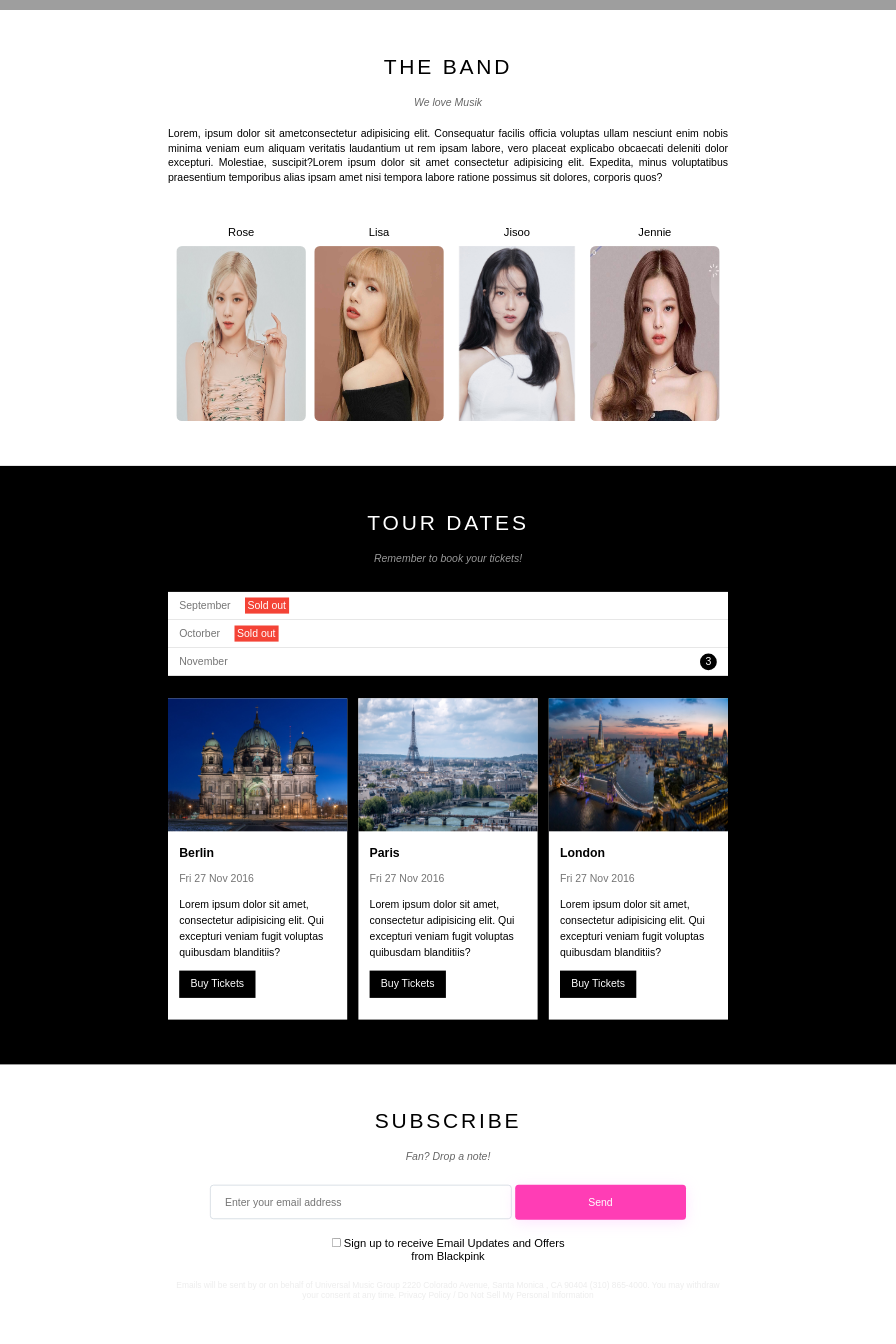
Repository: AiTrinh303/First-Project
Page: /
These files come from the project's save history. The page is drawn as it stood at one moment and after the next save; the edit follows.
The browser window is 1280 px wide. The pictures show the part of the page from y = 672 to 2592 px (the page is 2592 px tall), at 70% of full size.
Pictures or frames that could not be fetched are drawn as grey boxes. The project was rebuilt for these pictures with package versions that can differ from the ones it lists, and the page was loaded fresh each time.

Above is the page before, as saved 2024-01-23 10:21:58.

After the next save:
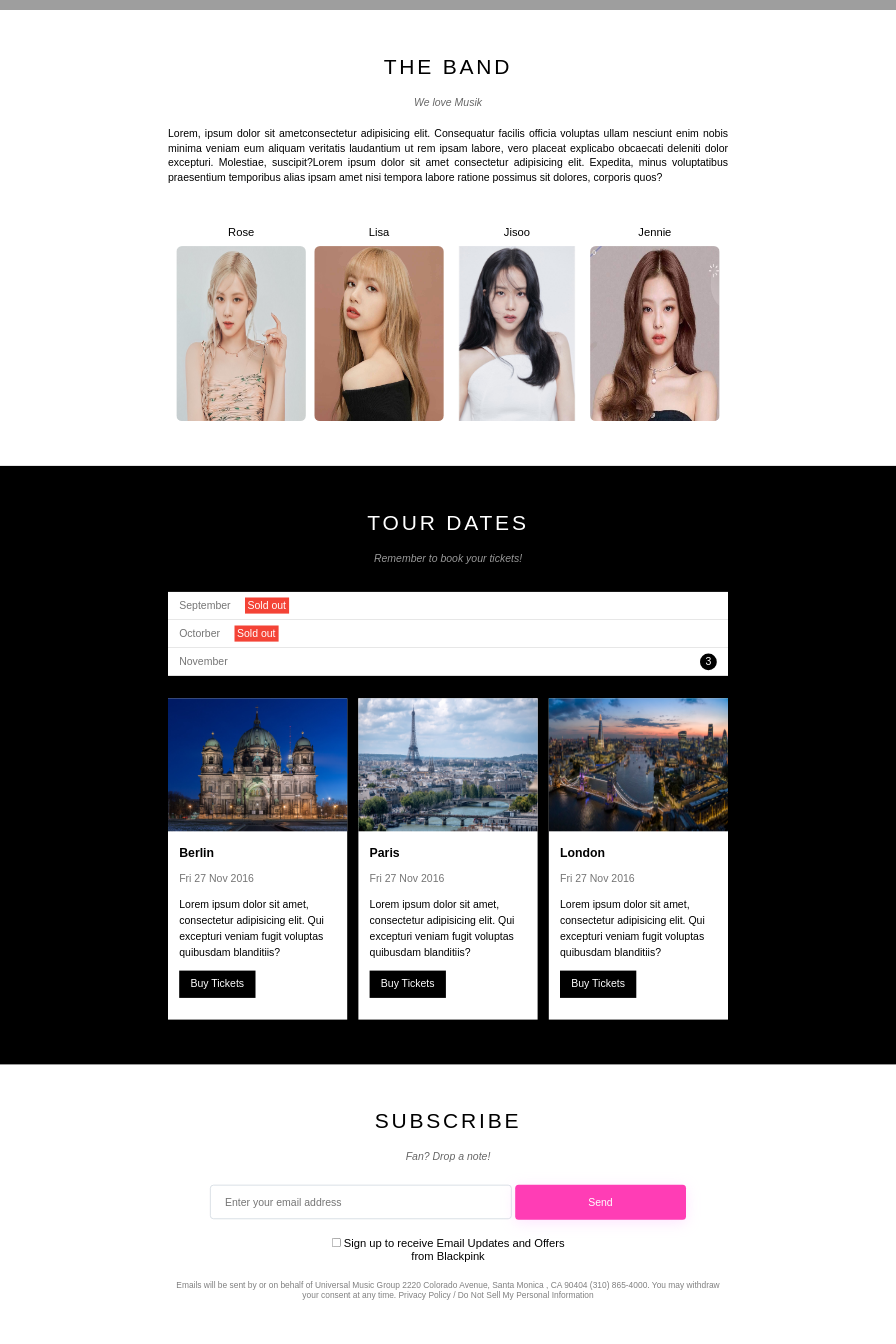
Saved 6 s later.
--- a/src/styles/main.css
+++ b/src/styles/main.css
@@ -317,7 +317,7 @@ width: 345px;
 .form-notice{
   font-size: 12px;
   margin-top: 25px;
-  color: #cccccc59;
+  color: grey;
 }
 
 #footer{
